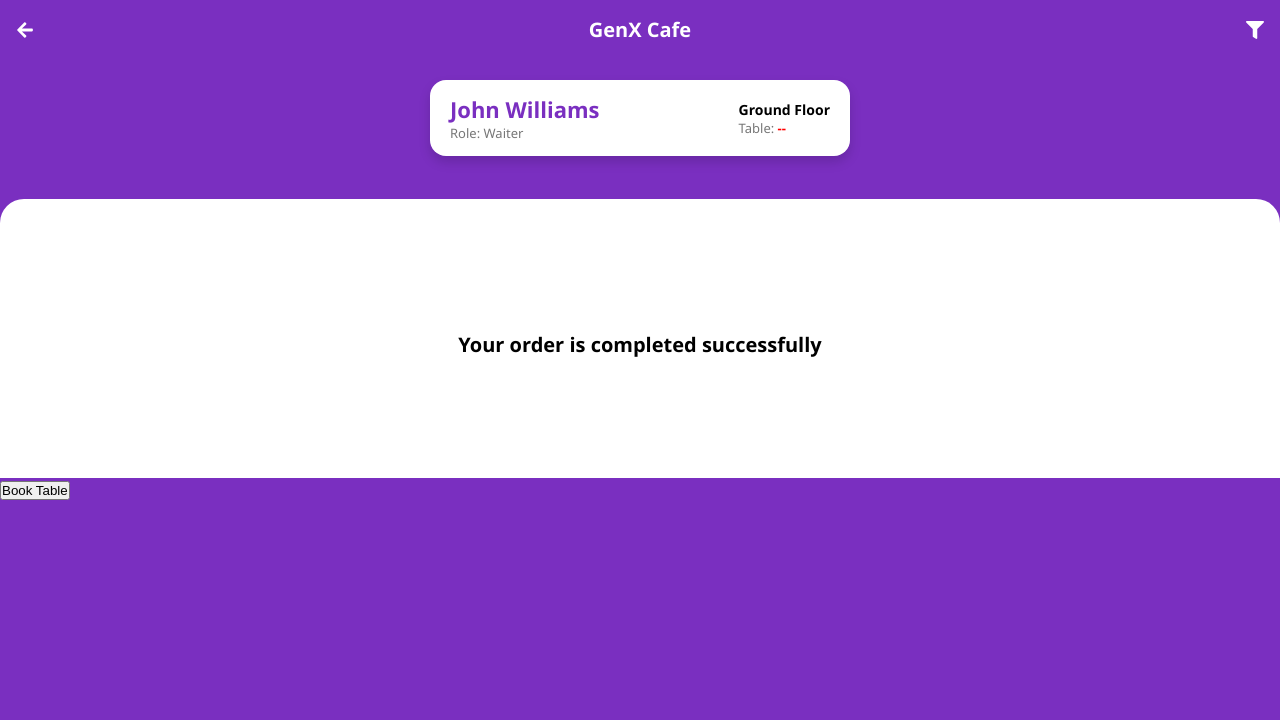
Repository: rajeshwaranslv/sturdy-spork-genx-frontend
Page: /success
These files come from the project's save history. The page is drawn as it stood at one moment and after a run of saves; the edit follows.
The browser window is 1280 px wide. The pictures show the whole page.
The project was rebuilt for these pictures with package versions that can differ from the ones it lists, and the page was loaded fresh each time. Also part of the build but not shown: src/components/TableSelection.js, src/components/menu.css, src/components/MenuSelection.js, src/components/order.css, src/components/OrderReview.js, src/components/Billing.js.

Above is the page before, as saved 2025-07-16 17:36:51.

After the next 2 saves:
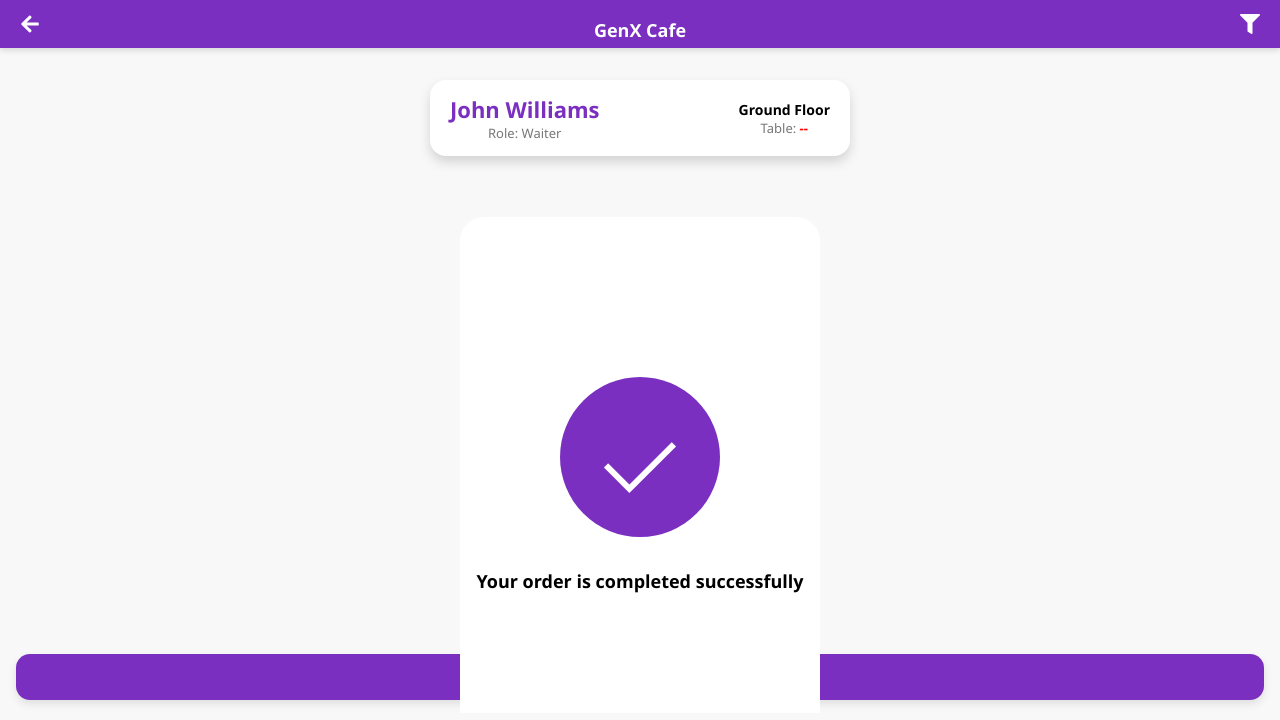
The 2 saves are shown as one change because they came seconds apart.
The last was saved 6 s later.
--- a/src/components/success.css
+++ b/src/components/success.css
@@ -1,3 +1,112 @@
+/* Container for Success Page */
+.success-page {
+  min-height: 100vh;
+  display: flex;
+  flex-direction: column;
+  padding-top: 70px; /* space for header */
+  align-items: center;
+  justify-content: center;
+  background-color: #f8f8f8;
+  position: relative;
+  text-align: center;
+  box-sizing: border-box;
+}
+
+/* Header Bar */
+.header-bar {
+  position: fixed;
+  top: 0;
+  left: 0;
+  right: 0;
+  background: #7a2fc0;
+  color: white ;
+  display: flex;
+  justify-content: space-between;
+  align-items: center;
+  padding: 14px 20px;
+  z-index: 1000;
+  box-shadow: 0 2px 6px rgba(0, 0, 0, 0.15);
+}
+
+.header-bar h2 {
+  position: absolute;
+  left: 50%;
+  transform: translateX(-50%);
+  margin: 0;
+  font-size: 20px;
+   color: white !important ;
+
+}
+
+.icon {
+  color: white;
+  font-size: 20px;
+  cursor: pointer;
+  z-index: 10;
+}
+
+/* Checkmark Animation */
+.checkmark-circle {
+  width: 160px;
+  height: 160px;
+  background-color: #7a2fc0;
+  border-radius: 50%;
+  display: flex;
+  align-items: center;
+  justify-content: center;
+  margin: 40px auto 20px;
+  animation: popCircle 0.5s ease-out;
+}
+
+.checkmark {
+  width: 30px;
+  height: 60px;
+  border-right: 6px solid white;
+  border-bottom: 6px solid white;
+  transform: rotate(45deg) scale(0);
+  animation: drawCheck 0.4s 0.3s ease forwards;
+}
+
+@keyframes popCircle {
+  0% {
+    transform: scale(0.7);
+    opacity: 0;
+  }
+  100% {
+    transform: scale(1);
+    opacity: 1;
+  }
+}
+
+@keyframes drawCheck {
+  to {
+    transform: rotate(45deg) scale(1);
+  }
+}
+
+/* Success Message */
+.success-page h2 {
+  font-size: 18px;
+  margin-top: 12px;
+  color: #000000;
+}
+
+/* Fixed Bottom Button */
+.footer-btn {
+  position: fixed;
+  bottom: 20px;
+  left: 16px;
+  right: 16px;
+  padding: 14px;
+  font-size: 16px;
+  font-weight: bold;
+  background-color: #7a2fc0;
+  color: white;
+  border: none;
+  border-radius: 14px;
+  cursor: pointer;
+  box-shadow: 0 4px 8px rgba(0, 0, 0, 0.1);
+}
 /* Centered Success Body */
 .success-body {
   display: flex;
